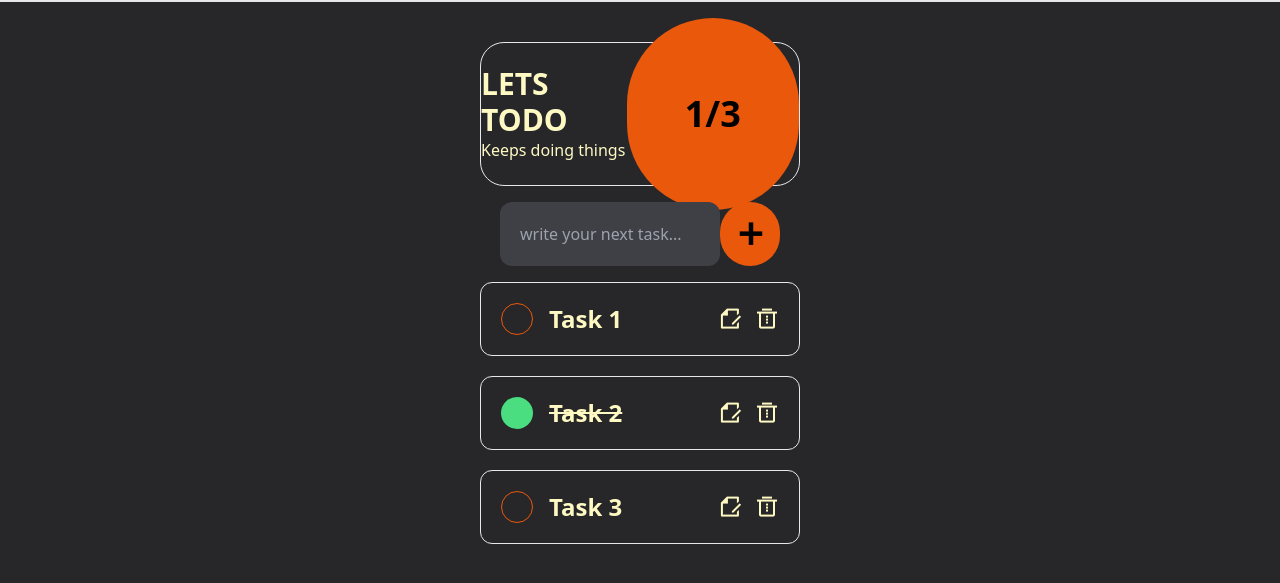
Repository: krayush1109/ToDo_List-React
Page: /
An editor plug-in stored every save of this project. The page is shown before and after the next save, followed by the edit.
The browser window is 1280 px wide. The pictures show the whole page.
The project was rebuilt for these pictures with package versions that can differ from the ones it lists, and the page was loaded fresh each time. Also part of the build but not shown: vite.config.js.

Above is the page before, as saved 2024-07-23 00:26:59.

After the next save:
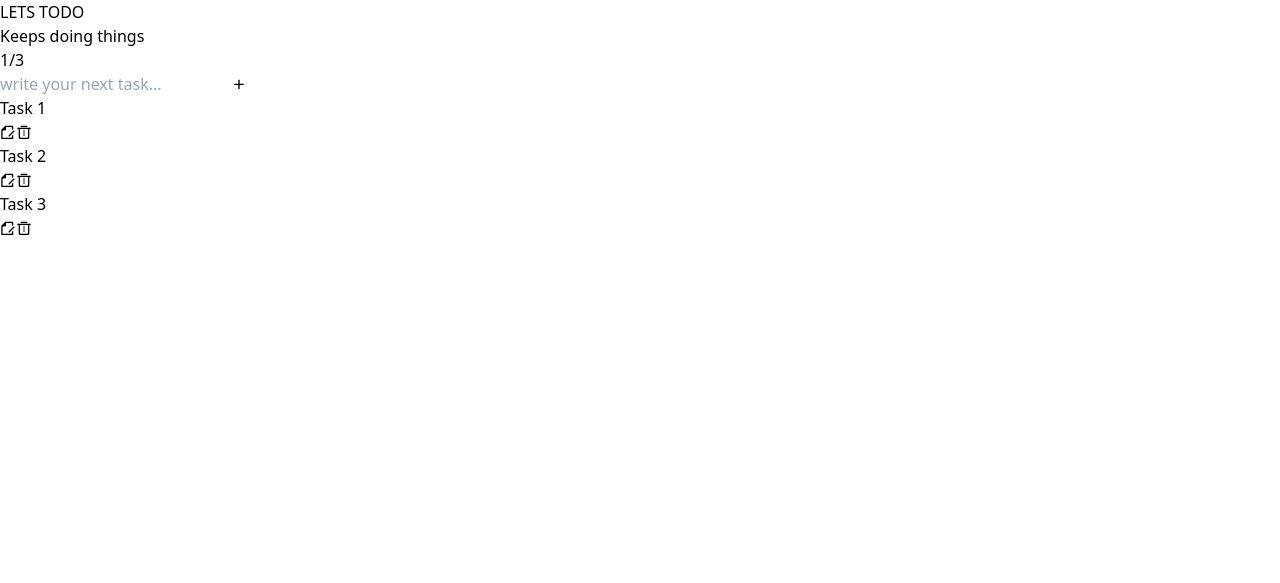
Saved 2 min 5 s later.
--- a/src/Components/Todo.jsx
+++ b/src/Components/Todo.jsx
@@ -1,4 +1,3 @@
-import './style_ui.css';
 import Todo from './Todo';
 
 const App = () => {

After the save that followed:
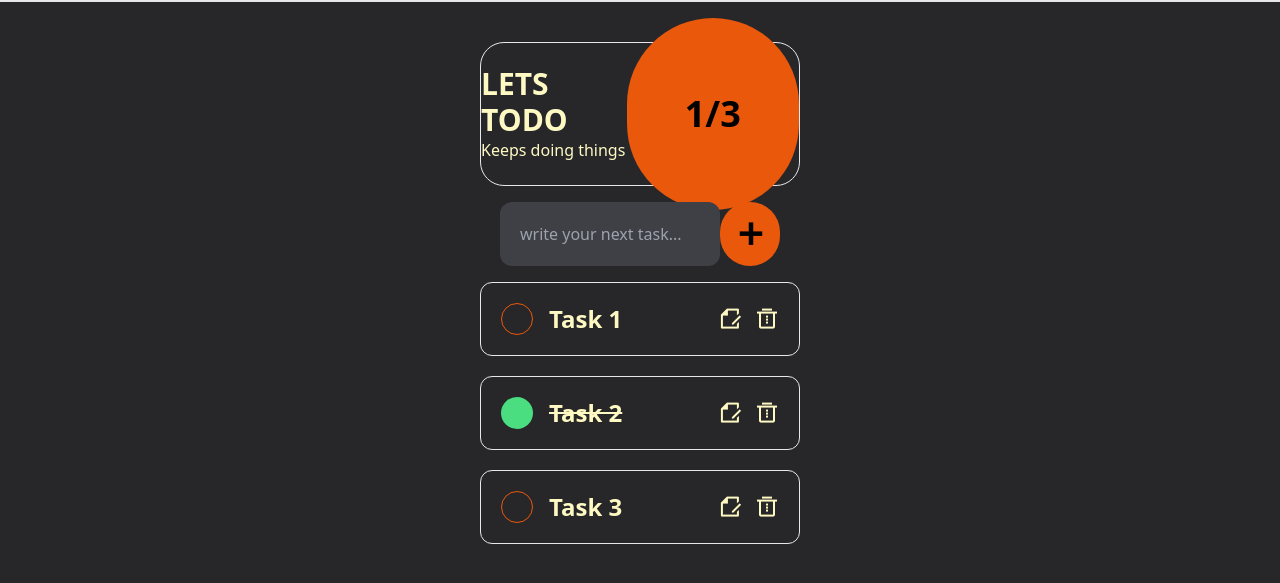
Saved 6 s later.
--- a/src/Components/Todo.jsx
+++ b/src/Components/Todo.jsx
@@ -1,4 +1,5 @@
 import Todo from './Todo';
+import './style_ui.css';
 
 const App = () => {
     return (
